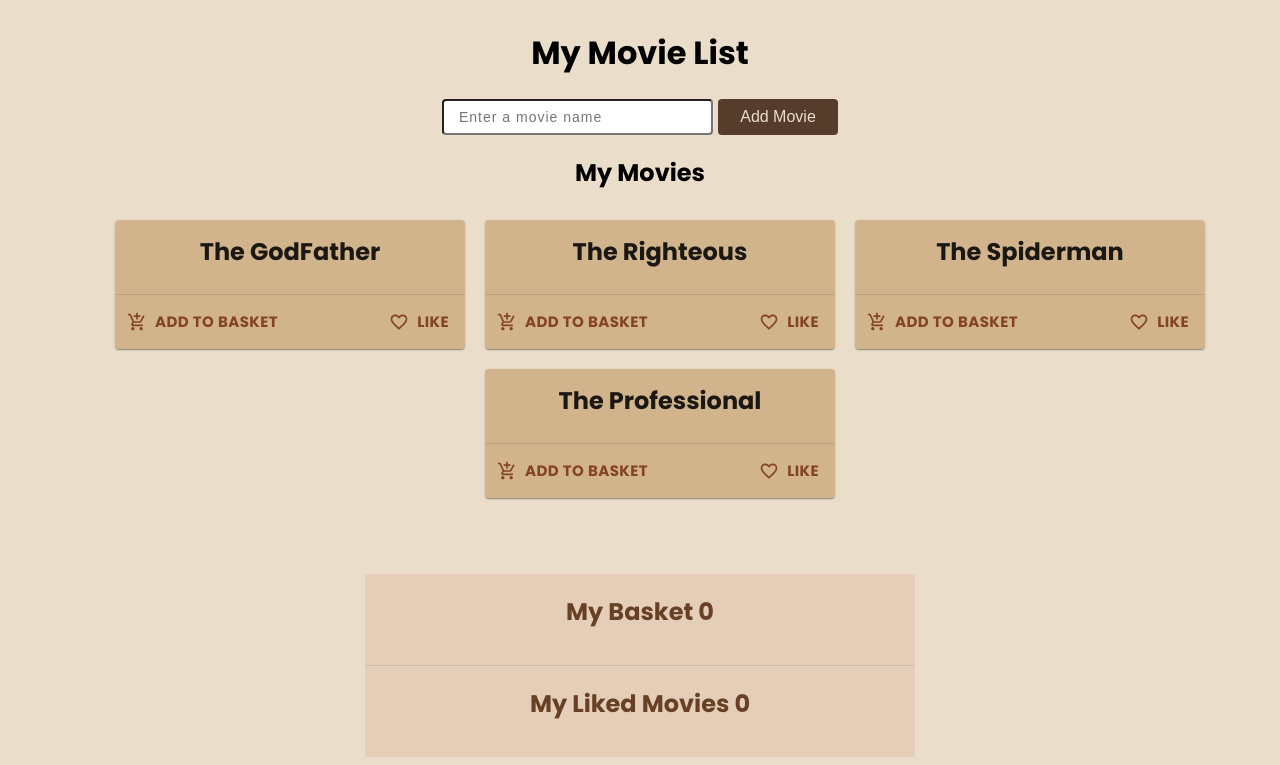
Repository: sinchana-p-iVoyant/redux-movie-store
Page: /
These files come from the project's save history. The page is drawn as it stood at one moment and after the next save; the edit follows.
The browser window is 1280 px wide. The pictures show the whole page.
The project was rebuilt for these pictures with package versions that can differ from the ones it lists, and the page was loaded fresh each time. Also part of the build but not shown: vite.config.ts.

Above is the page before, as saved 2024-02-15 13:28:04.

After the next save:
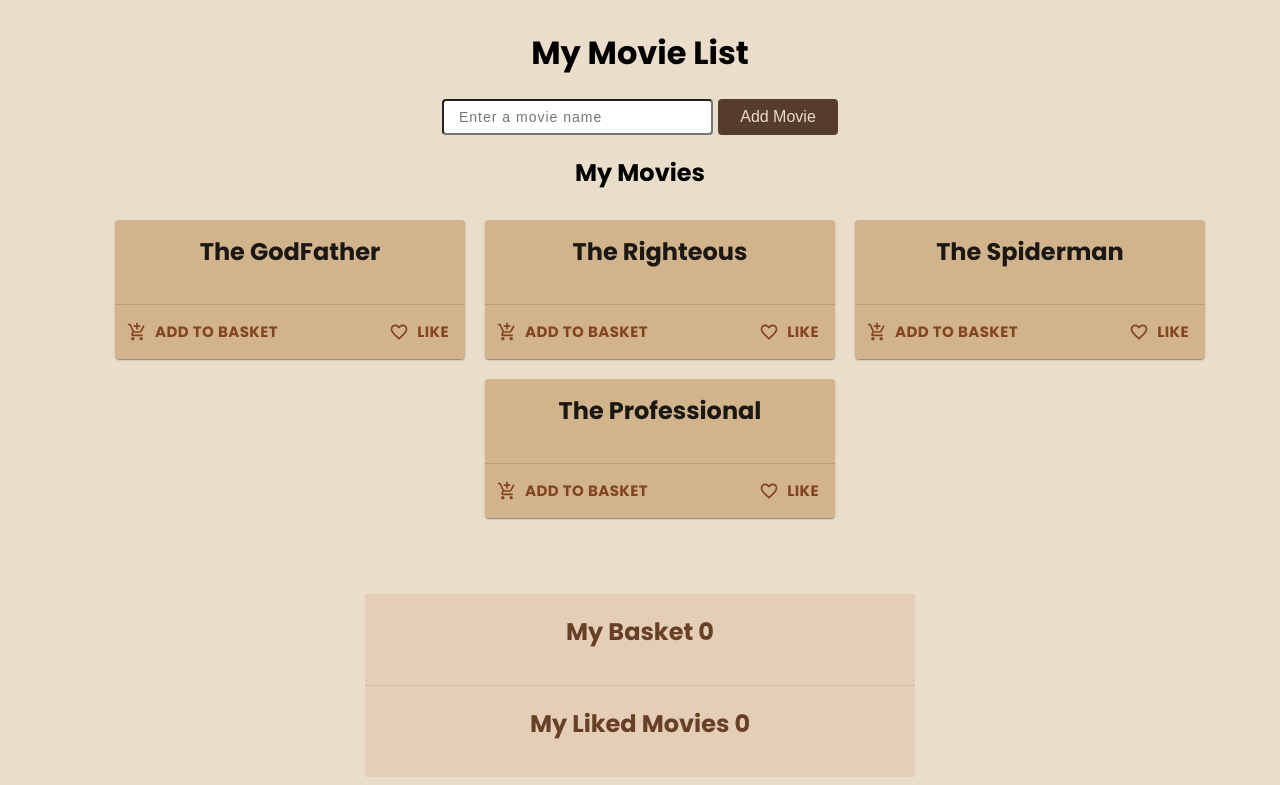
Saved 20 s later.
--- a/src/App.css
+++ b/src/App.css
@@ -33,7 +33,7 @@ h1, h2{
 }
 
 .card-actions {
-  margin-top: 10px;
+  margin-top: 20px;
   border-top: 1px solid rgba(0, 0, 0, 0.119);
   display: flex;
   justify-content: space-between;
